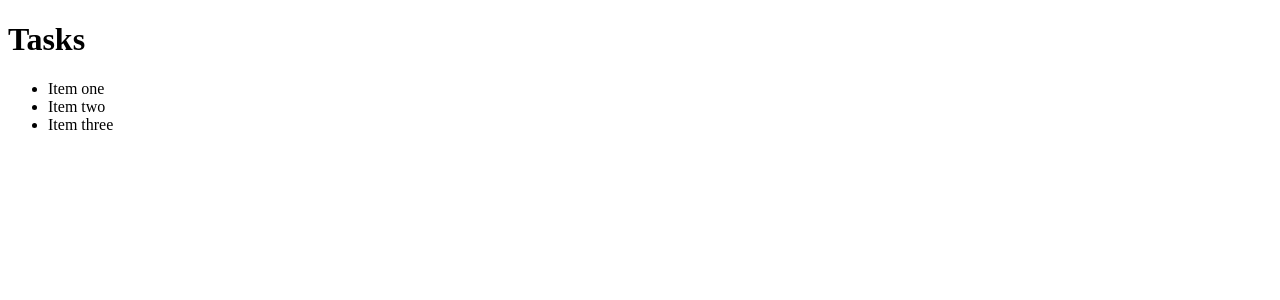
Repository: mpaya5/CS50x
Page: http://localhost/
The author's editor kept a record of every edit. The page is drawn from the files as they stood at one moment, then again after the next edit.
The browser window is 1280 px wide. The pictures show the whole page.
The page is served by the project's application, run on Flask 3 (pruebaFlask/tasks/application.py).

Above is the page before.

### pruebaFlask/tasks/templates/tasks.html
{% extends "layout.html" %}

{% block body %}
    <h1>Tasks</h1>
    <ul>
        <li>
            Item one
        </li>
        <li>
            Item two
        </li>
        <li>
            Item three
        </li>
    </ul>
{% endblock %}

### pruebaFlask/tasks/templates/layout.html
<!DOCTYPE html>
<html lang="en">
<head>
    <meta charset="UTF-8">
    <meta name="viewport" content="width=device-width, initial-scale=1.0">
    <title>Tasks</title>
    <style>
        {% block style %}
        {% endblock %}
    </style>
</head>
<body>
    {% block body %}
    {% endblock %}
</body>
</html>

### pruebaFlask/tasks/application.py
from flask import Flask, redirect, render_template, request, session
from flask_session import Session

app = Flask(__name__)
app.config["SESSION_PERMANENT"] = False
app.config["SESSION_TYPE"] = "filesystem"
Session(app)

@app.route("/")
def tasks():
    if "todos" not in session:
        session["todos"]=[]
    return render_template("tasks.html", todos=session["todos"])

@app.route("/add", methods=["GET", "POST"])
def add():
    if request.method == "GET":
        return render_template("add.html")
    else:
        todo = request.form.get("task")
        session["todos"].append(todo)
        return redirect("/")

After the next edit:
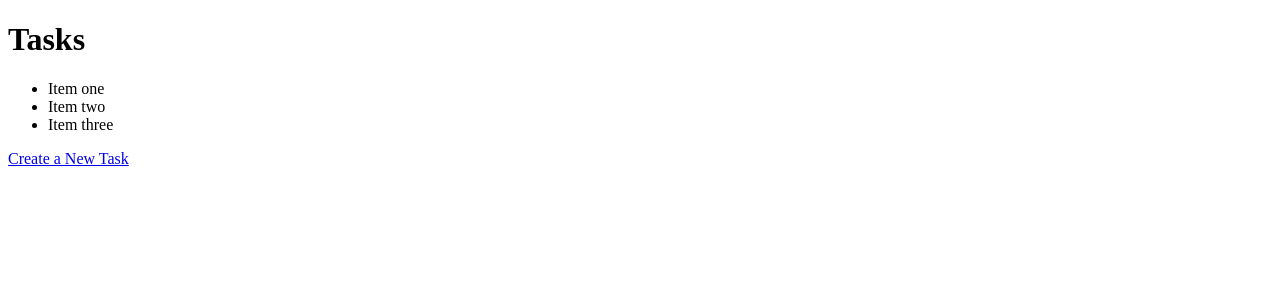
The edit:
--- a/pruebaFlask/tasks/templates/tasks.html
+++ b/pruebaFlask/tasks/templates/tasks.html
@@ -13,4 +13,6 @@
             Item three
         </li>
     </ul>
+
+    <a href="/add">Create a New Task</a>
 {% endblock %}
